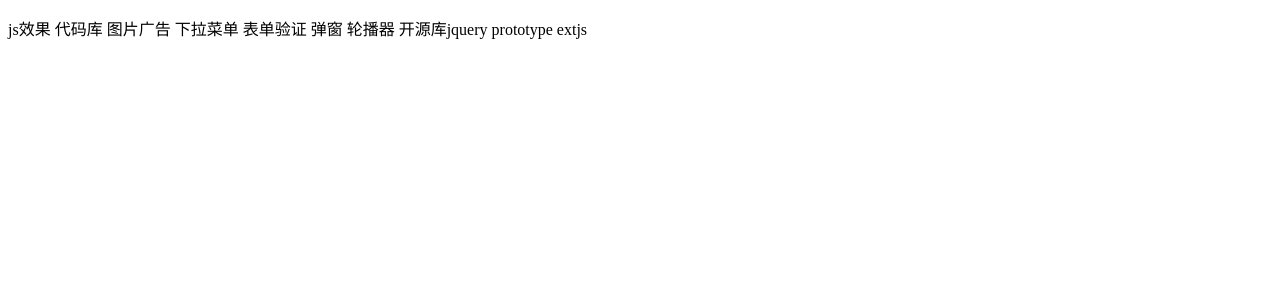
Repository: yananyun/workspacephp
Page: DemoJS/boke.html
An editor plug-in stored every save of this project. The page is shown before and after the next save, followed by the edit.
The browser window is 1280 px wide. The pictures show the whole page.

Above is the page before, as saved 2016-08-23 07:11:38.

After the next save:
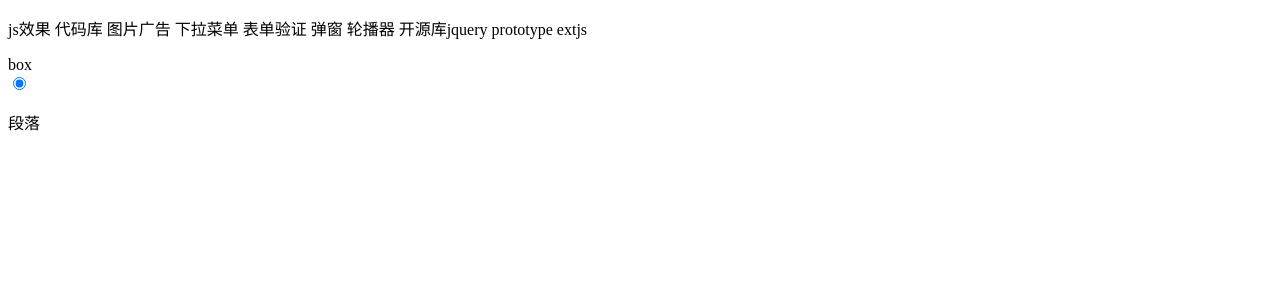
Saved 15 min 17 s later.
--- a/DemoJS/boke.html
+++ b/DemoJS/boke.html
@@ -6,6 +6,16 @@
 </head>
 <body>
 <p>js效果 代码库  图片广告 下拉菜单 表单验证 弹窗 轮播器 开源库jquery prototype extjs</p>
+<script type="text/javascript">
 
+
+</script>
+
+<div id="box">box</div>
+
+<input type="radio" name="sex" value="男"  checked="checked"/>
+
+
+<p>段落</p>
 </body>
 </html>
